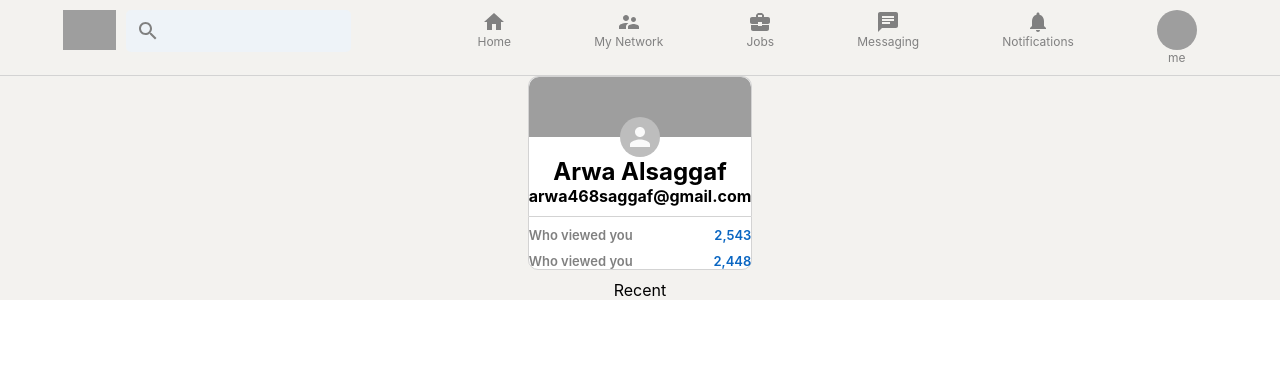
Repository: MEROO1010/linkedIn-clone-
Page: /
These files come from the project's save history. The page is drawn as it stood at one moment and after the next save; the edit follows.
The browser window is 1280 px wide. The pictures show the whole page.
Pictures or frames that could not be fetched are drawn as grey boxes. The project was rebuilt for these pictures with package versions that can differ from the ones it lists, and the page was loaded fresh each time.

Above is the page before, as saved 2023-12-02 10:48:15.

After the next save:
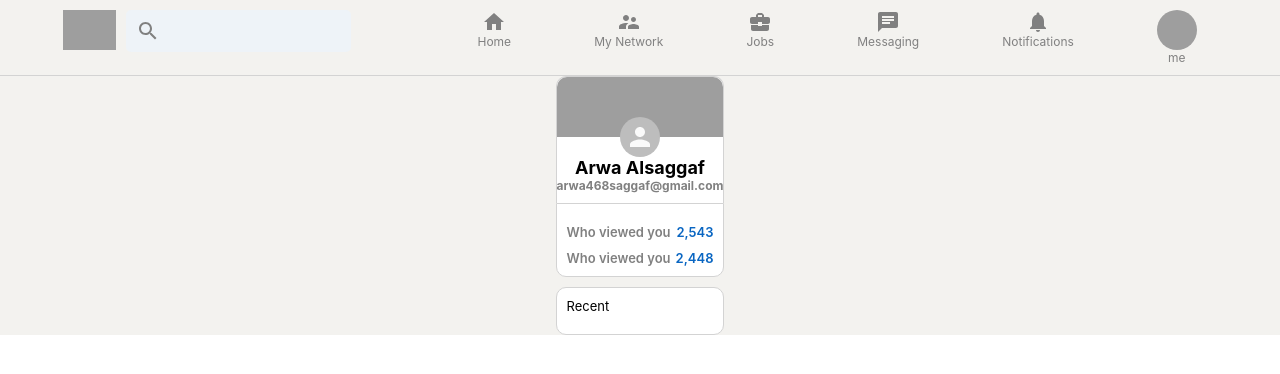
Saved 40 s later.
--- a/src/Sidebar.css
+++ b/src/Sidebar.css
@@ -11,14 +11,24 @@
     margin-bottom: 10px;
 }
 
+.sidebar__top > h4 {
+    color: gray;
+    font-size: 12px;
+}
+
+.sidebar__top > h2 {
+    font-size: 18px;
+
+}
+
 .sidebar__top {
     display: flex;
     flex-direction: column;
     align-items: center;
     border: 1px solid lightgray;
     border-bottom: 0;
-    border-top-left-radius:10px ;
-    border-top-right-radius:10px ;
+    border-top-left-radius: 10px;
+    border-top-right-radius: 10px;
     background-color: white;
     padding-bottom: 10px;
 }
@@ -27,11 +37,10 @@
     margin-bottom: -20px;
     width: 100%;
     height: 60px;
-    border-top-left-radius:10px ;
-    border-top-right-radius:10px ;
+    border-top-left-radius: 10px;
+    border-top-right-radius: 10px;
     object-fit: cover;
 }
-
 
 .sidebar__stat {
     margin-top: 10px;
@@ -40,21 +49,58 @@
 }
 
 .sidebar__stat > p {
-    color: gray;
-    font-size: 13px;
-    font-weight: 600;
+  color: gray;
+  font-size: 13px;
+  font-weight: 600;
 }
 
 .sidebar__stats {
-    padding:  10;
-    margin-bottom:10px ;
-    border: 1px solid lightgray;
+    padding: 10px;
+    margin-bottom: 10px;
+    border: 1px solid lightgrey;
     background-color: white;
-    border-bottom-left-radius:10px ;
-    border-bottom-right-radius:10px;
+    border-bottom-left-radius: 10px;
+    border-bottom-right-radius: 10px;
 }
 
 .sidebar__statNumber {
     font-weight: bold;
     color: #0a66c2 !important;
+
 }
+
+.sidebar__bottom {
+    text-align: left;
+    padding: 10px;
+    border: 1px solid lightgrey;
+    background-color: white;
+    border-radius: 10px;
+    margin-top: 10px;
+}
+
+.sidebar__recentItem {
+    display: flex;
+    font-size: 13px;
+    color: gray;
+    font-weight: bolder;
+    cursor: pointer;
+    margin-bottom: 5px;
+    padding: 5px;
+}
+
+.sidebar__bottom > p {
+    font-size: 13px;
+    padding-bottom: 10px;
+}
+
+.sidebar__recentItem:hover{
+    background-color: whitesmoke;
+    border-radius: 10px;
+    cursor: pointer;
+    color: black;
+}
+
+.sidebar__hash {
+    margin-right: 10px;
+    margin-left: 5px;
+}
